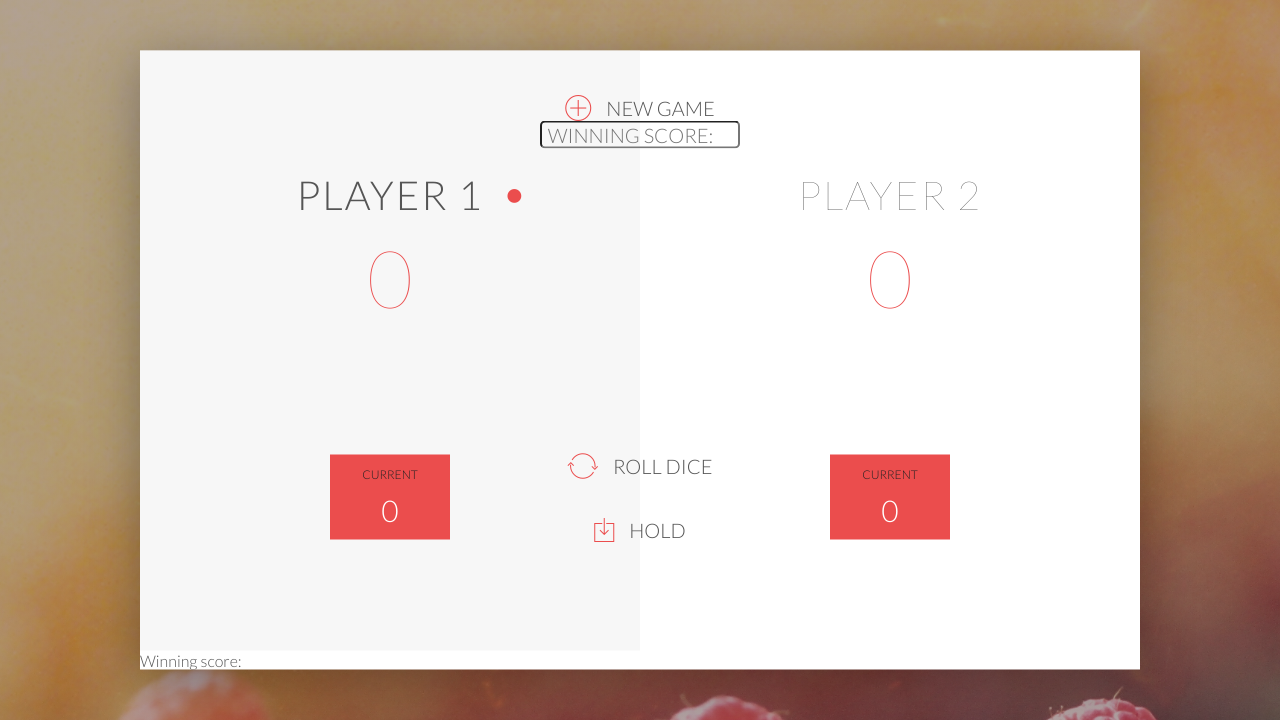
Repository: hexanek/hexanek.github.io
Page: pig-game/index.html
An editor plug-in stored every save of this project. The page is shown before and after the next save, followed by the edit.
The browser window is 1280 px wide. The pictures show the whole page.

Above is the page before, as saved 2019-12-19 23:57:20.

After the next save:
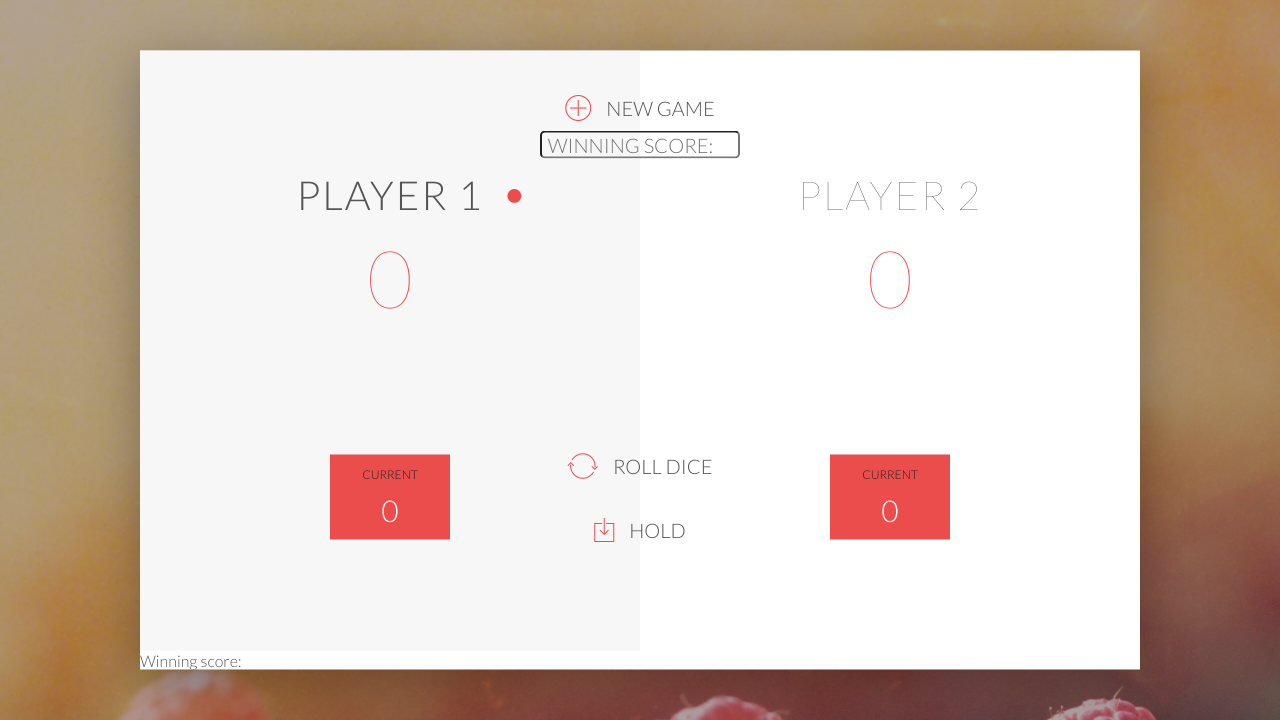
Saved 4 s later.
--- a/pig-game/style.css
+++ b/pig-game/style.css
@@ -182,7 +182,7 @@ i {
 } */
 .input-score {
     position: absolute;
-    top: 70px;
+    top: 80px;
     left: 40%;
     text-align: center;
     width: 200px;
